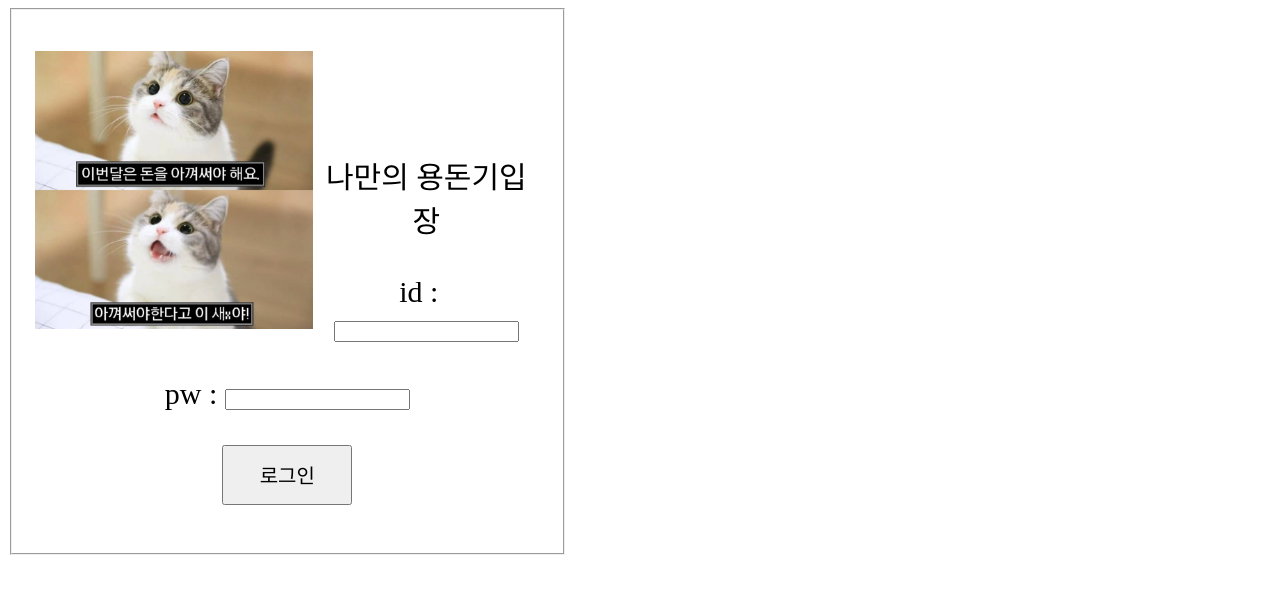
Repository: hus0124/M-IT
Page: JSP_Workspaces/pocketMoneyDiary/WebContent/index.html
These files come from the project's save history. The page is drawn as it stood at one moment and after the next save; the edit follows.
The browser window is 1280 px wide. The pictures show the whole page.

Above is the page before, as saved 2020-01-02 23:54:46.

### JSP_Workspaces/pocketMoneyDiary/WebContent/index.html
<!DOCTYPE html>
<html>
<head>
<meta charset="EUC-KR">
<title>완성</title>
<style>
body {font-size:30px}
</style>
</head>
<body>
	<fieldset style="width:40%; height:auto; text-align:center">
	<form action="result.jsp" method="get">
		<p>
		<img src="catmoney.png" style="width:55%; height:auto; float:left">
		<br><br><br>나만의 용돈기입장<br><br>
		id :&nbsp;&nbsp;<input type="text" name = "id"><br><br>
		pw : <input type="text" name = "pw"><br><br>
		<input type="submit" value = "로그인" style="width:130px;height:60px;font-size:20px;">
		</p>
	</form>
	</fieldset>
</body>
</html>

After the next save:
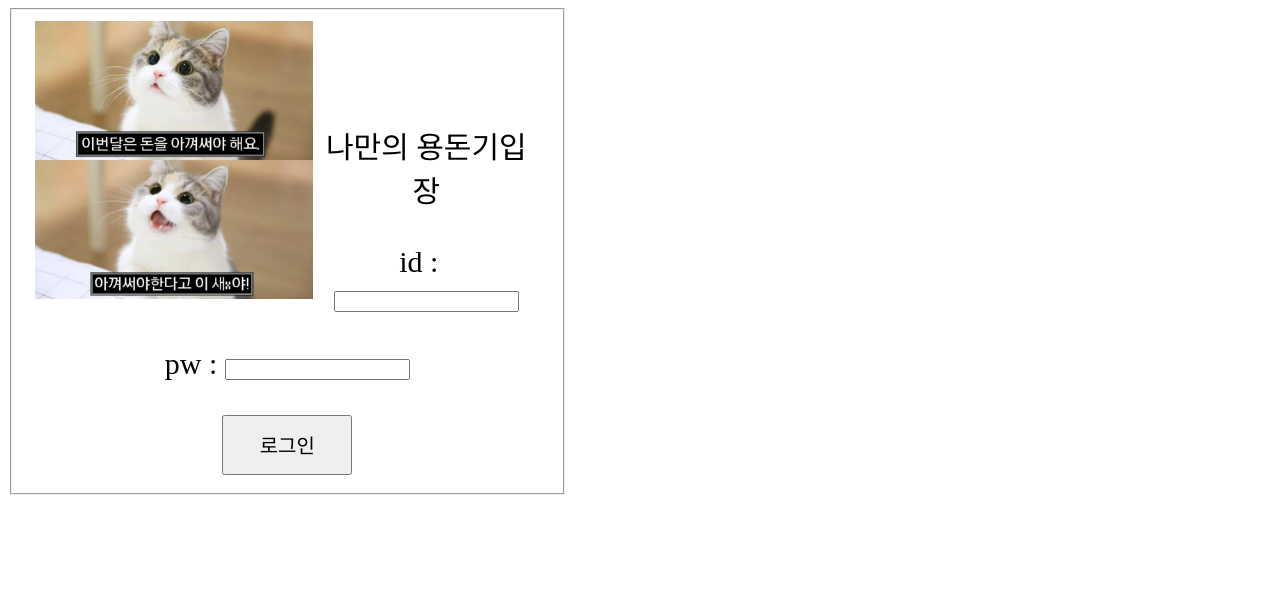
Saved 10 min 17 s later.
--- a/JSP_Workspaces/pocketMoneyDiary/WebContent/index.html
+++ b/JSP_Workspaces/pocketMoneyDiary/WebContent/index.html
@@ -5,18 +5,21 @@
 <title>완성</title>
 <style>
 body {font-size:30px}
+@media (max-width:768px){
+body { }
+}
 </style>
 </head>
 <body>
 	<fieldset style="width:40%; height:auto; text-align:center">
 	<form action="result.jsp" method="get">
-		<p>
+
 		<img src="catmoney.png" style="width:55%; height:auto; float:left">
 		<br><br><br>나만의 용돈기입장<br><br>
 		id :&nbsp;&nbsp;<input type="text" name = "id"><br><br>
 		pw : <input type="text" name = "pw"><br><br>
 		<input type="submit" value = "로그인" style="width:130px;height:60px;font-size:20px;">
-		</p>
+
 	</form>
 	</fieldset>
 </body>
